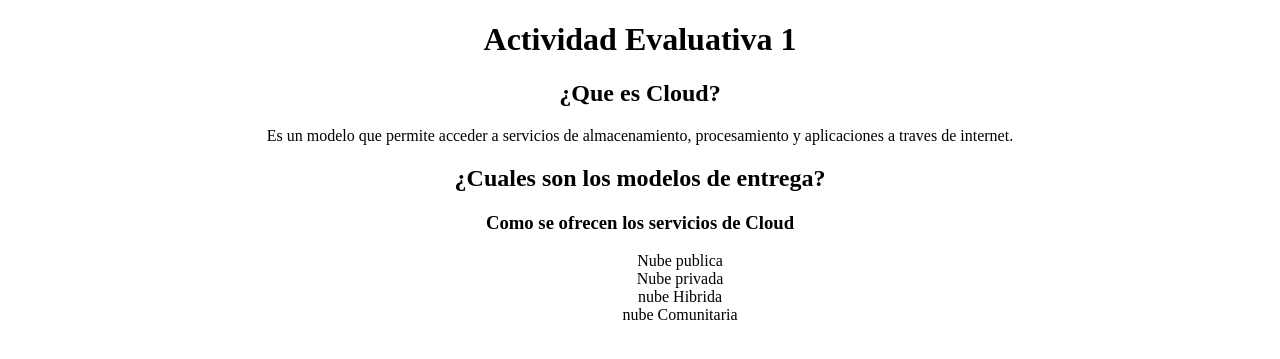
Repository: Laura-Oliveros/Actividad-Evaluativa-1
Page: LauSebas.html
An editor plug-in stored every save of this project. The page is shown before and after the next save, followed by the edit.
The browser window is 1280 px wide. The pictures show the whole page.

Above is the page before, as saved 2025-09-04 18:54:11.

### LauSebas.html
<!DOCTYPE html>
<html lang="en">
<head>
    <meta charset="UTF-8">
    <meta name="viewport" content="width=device-width, initial-scale=1.0">
    <title>Actividad Evaluativa 1</title>
</head>
<body>
    <div class="contenedor" style="text-align: center;">
        <h1>Actividad Evaluativa 1</h1>
        <h2>¿Que es Cloud?</h2>
        <p>Es un modelo que permite acceder a servicios de almacenamiento, procesamiento y aplicaciones a traves de internet.</p>
    </div>

    <div class="contenedor" style="text-align: center;">
        <h2>¿Cuales son los modelos de entrega?</h2>
        <h3>Como se ofrecen los servicios de Cloud </h3>
        <ul>
            <ul>Nube publica</ul>
            <ul>Nube privada</ul>
            <ul>nube Hibrida</ul>
            <ul>nube Comunitaria</ul>
        </ul>

</body>
</html>

After the next save:
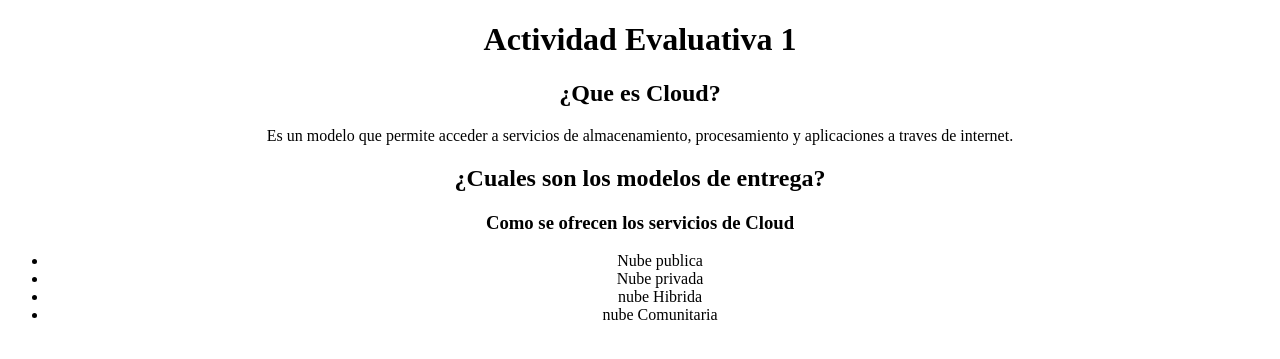
Saved 13 s later.
--- a/LauSebas.html
+++ b/LauSebas.html
@@ -16,10 +16,10 @@
         <h2>¿Cuales son los modelos de entrega?</h2>
         <h3>Como se ofrecen los servicios de Cloud </h3>
         <ul>
-            <ul>Nube publica</ul>
-            <ul>Nube privada</ul>
-            <ul>nube Hibrida</ul>
-            <ul>nube Comunitaria</ul>
+            <li>Nube publica</li>
+            <li>Nube privada</li>
+            <li>nube Hibrida</li>
+            <li>nube Comunitaria</li>
         </ul>
 
 </body>
